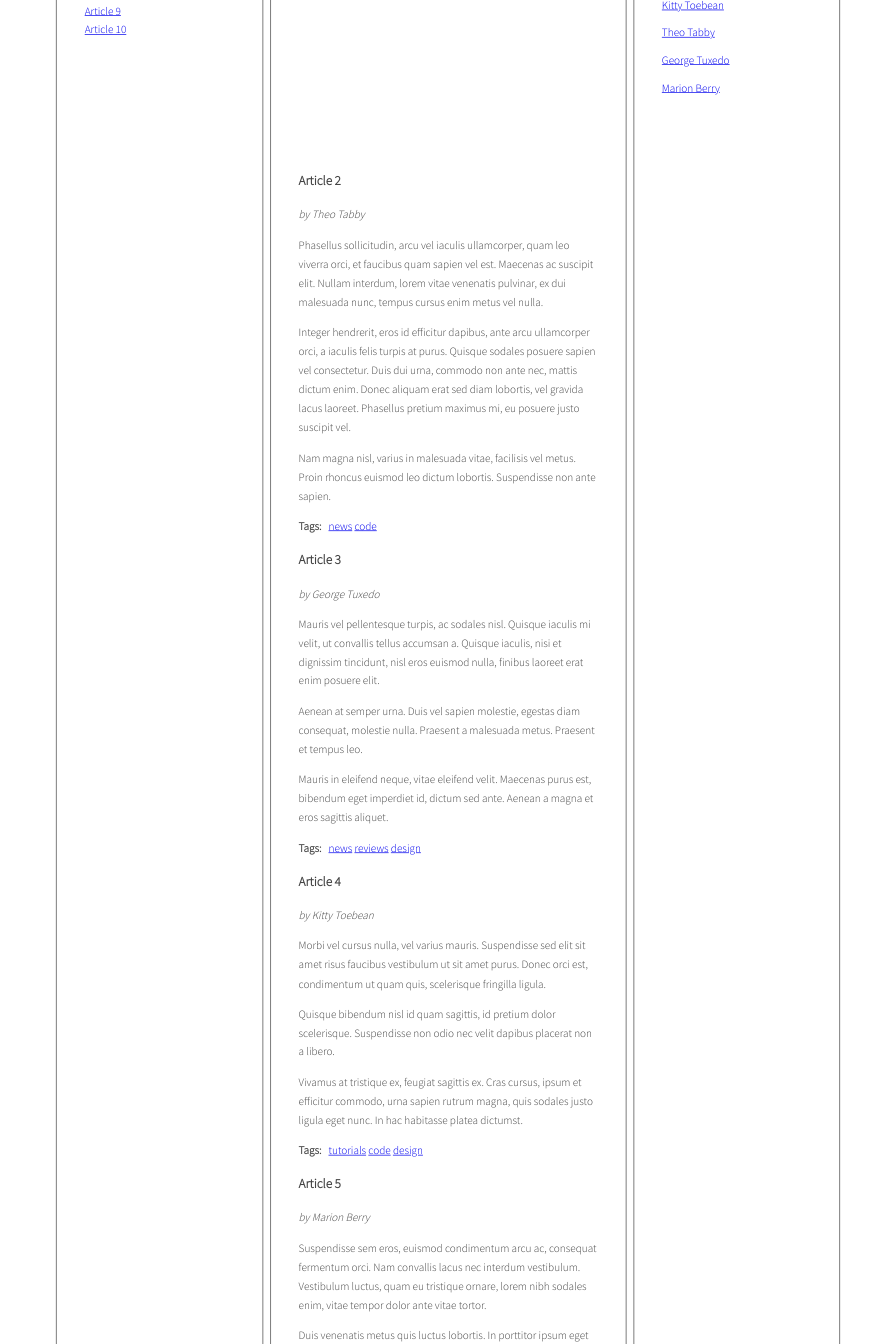
Repository: ulasup/javascript-blog
Page: index.html
These files come from the project's save history. The page is drawn as it stood at one moment and after the next save; the edit follows.
The browser window is 1280 px wide. The pictures show the part of the page from y = 574 to 2494 px (the page is 5282 px tall before and 1203 px after), at 70% of full size.
The style sheet was rebuilt from its Sass, Less or Tailwind sources for each picture, by a compiler version that may differ from the author's.

Above is the page before, as saved 2020-12-13 16:07:37.

### index.html
<!DOCTYPE html>
<html  lang="en">
    <head>
        <meta charset="UTF-8">
        <title>Film blog</title>
        <link rel="stylesheet" href="css/style.css">
    </head>
    <body>
        <div class="blog">
            <div class="container">
              <h1 class="logo">my blog</h1>
              <main class="wrapper">
                <aside class="sidebar">
                  <h2 class="section-title">All posts</h2>
                  <ul class="list titles">

                  </ul>
                </aside>
                <section class="posts">
                  <article class="post active" id="article-1">
                    <h3 class="post-title">Article 1</h3>
                    <p class="post-author">by Marion Berry</p>
                    <div class="post-content">
                      <p>Duis non dolor efficitur erat interdum fringilla a lobortis dolor. Aenean in massa viverra, pretium augue et, imperdiet diam. Proin varius vitae lectus ut suscipit. Etiam metus lacus, molestie at ante eget, gravida tristique metus. Morbi finibus elit mi, ut aliquam libero tempor eu.</p>
                      <p>Curabitur a arcu ut nunc ornare tempor. Vestibulum et augue purus. Sed mattis auctor iaculis. Duis placerat tempus nisl, et commodo sem varius sed. Ut ac ultrices leo. Aliquam efficitur augue a scelerisque lacinia. Donec sit amet justo lacus.</p>
                      <p>Duis tincidunt tellus non lorem molestie lobortis. Ut nec mauris consectetur, convallis nisl vel, venenatis magna. Sed efficitur egestas purus, eu fermentum leo sodales in.</p>
                    </div>
                    <div class="post-tags">
                      <p><strong>Tags:</strong></p>
                      <ul class="list list-horizontal">
                        <li><a href="#">design</a></li>
                        <li><a href="#">tutorials</a></li>
                      </ul>
                    </div>
                  </article>
                  <article class="post" id="article-2">
                    <h3 class="post-title">Article 2</h3>
                    <p class="post-author">by Theo Tabby</p>
                    <div class="post-content">
                      <p>Phasellus sollicitudin, arcu vel iaculis ullamcorper, quam leo viverra orci, et faucibus quam sapien vel est. Maecenas ac suscipit elit. Nullam interdum, lorem vitae venenatis pulvinar, ex dui malesuada nunc, tempus cursus enim metus vel nulla.</p>
                      <p>Integer hendrerit, eros id efficitur dapibus, ante arcu ullamcorper orci, a iaculis felis turpis at purus. Quisque sodales posuere sapien vel consectetur. Duis dui urna, commodo non ante nec, mattis dictum enim. Donec aliquam erat sed diam lobortis, vel gravida lacus laoreet. Phasellus pretium maximus mi, eu posuere justo suscipit vel.</p>
                      <p>Nam magna nisl, varius in malesuada vitae, facilisis vel metus. Proin rhoncus euismod leo dictum lobortis. Suspendisse non ante sapien.</p>
                    </div>
                    <div class="post-tags">
                      <p><strong>Tags:</strong></p>
                      <ul class="list list-horizontal">
                        <li><a href="#">news</a></li>
                        <li><a href="#">code</a></li>
                      </ul>
                    </div>
                  </article>
                  <article class="post" id="article-3">
                    <h3 class="post-title">Article 3</h3>
                    <p class="post-author">by George Tuxedo</p>
                    <div class="post-content">
                      <p>Mauris vel pellentesque turpis, ac sodales nisl. Quisque iaculis mi velit, ut convallis tellus accumsan a. Quisque iaculis, nisi et dignissim tincidunt, nisl eros euismod nulla, finibus laoreet erat enim posuere elit.</p>
                      <p>Aenean at semper urna. Duis vel sapien molestie, egestas diam consequat, molestie nulla. Praesent a malesuada metus. Praesent et tempus leo.</p>
                      <p>Mauris in eleifend neque, vitae eleifend velit. Maecenas purus est, bibendum eget imperdiet id, dictum sed ante. Aenean a magna et eros sagittis aliquet.</p>
                    </div>
                    <div class="post-tags">
                      <p><strong>Tags:</strong></p>
                      <ul class="list list-horizontal">
                        <li><a href="#">news</a></li>
                        <li><a href="#">reviews</a></li>
                        <li><a href="#">design</a></li>
                      </ul>
                    </div>
                  </article>
                  <article class="post" id="article-4">
                    <h3 class="post-title">Article 4</h3>
                    <p class="post-author">by Kitty Toebean</p>
                    <div class="post-content">
                      <p>Morbi vel cursus nulla, vel varius mauris. Suspendisse sed elit sit amet risus faucibus vestibulum ut sit amet purus. Donec orci est, condimentum ut quam quis, scelerisque fringilla ligula.</p>
                      <p>Quisque bibendum nisl id quam sagittis, id pretium dolor scelerisque. Suspendisse non odio nec velit dapibus placerat non a libero.</p>
                      <p>Vivamus at tristique ex, feugiat sagittis ex. Cras cursus, ipsum et efficitur commodo, urna sapien rutrum magna, quis sodales justo ligula eget nunc. In hac habitasse platea dictumst.</p>
                    </div>
                    <div class="post-tags">
                      <p><strong>Tags:</strong></p>
                      <ul class="list list-horizontal">
                        <li><a href="#">tutorials</a></li>
                        <li><a href="#">code</a></li>
                        <li><a href="#">design</a></li>
                      </ul>
                    </div>
                  </article>
                  <article class="post" id="article-5">
                    <h3 class="post-title">Article 5</h3>
                    <p class="post-author">by Marion Berry</p>
                    <div class="post-content">
                      <p>Suspendisse sem eros, euismod condimentum arcu ac, consequat fermentum orci. Nam convallis lacus nec interdum vestibulum. Vestibulum luctus, quam eu tristique ornare, lorem nibh sodales enim, vitae tempor dolor ante vitae tortor.</p>
                      <p>Duis venenatis metus quis luctus lobortis. In porttitor ipsum eget ligula aliquam ornare. Cras malesuada urna id volutpat sodales.</p>
                      <p>Donec lobortis ultricies turpis, eu viverra magna gravida quis. Fusce sit amet pretium nulla. Duis rutrum metus vel libero sodales, pellentesque varius ex pulvinar.</p>
                    </div>
                    <div class="post-tags">
                      <p><strong>Tags:</strong></p>
                      <ul class="list list-horizontal">
                        <li><a href="#">design</a></li>
                        <li><a href="#">reviews</a></li>
                      </ul>
                    </div>
                  </article>
                  <article class="post" id="article-6">
                    <h3 class="post-title">Article 6</h3>
                    <p class="post-author">by George Tuxedo</p>
                    <div class="post-content">
                      <p>Donec posuere iaculis ante sed hendrerit. Lorem ipsum dolor sit amet, consectetur adipiscing elit. Quisque hendrerit neque nec urna tincidunt, quis vehicula dui vulputate. Morbi est sapien, auctor ut lectus eu, placerat viverra lorem.</p>
                      <p>Cras consectetur at erat id accumsan. Suspendisse lacinia in nulla quis vulputate. Nunc vitae consectetur augue. Nam ut vehicula mi. Aliquam tristique, purus in hendrerit porta, elit lectus finibus mi, vel malesuada nisl lectus a libero.</p>
                      <p>Nam quis efficitur ante. Sed eget purus quis ex commodo porta eu sit amet dolor. Mauris tellus nisl, dictum nec est vitae, condimentum ornare ante. Fusce ornare hendrerit maximus. In maximus rhoncus justo.</p>
                    </div>
                    <div class="post-tags">
                      <p><strong>Tags:</strong></p>
                      <ul class="list list-horizontal">
                        <li><a href="#">reviews</a></li>
                        <li><a href="#">code</a></li>
                      </ul>
                    </div>
                  </article>
                  <article class="post" id="article-7">
                    <h3 class="post-title">Article 7</h3>
                    <p class="post-author">by Kitty Toebean</p>
                    <div class="post-content">
                      <p>Donec eleifend mauris ac nisl fermentum, ac fermentum turpis dignissim. Aliquam diam nisl, imperdiet a varius eget, lobortis sed nisi. Nullam suscipit ipsum sed magna blandit, sed pellentesque urna malesuada.</p>
                      <p>Duis vestibulum arcu et lectus viverra porta. Praesent tempor lacus eget quam mattis, sit amet venenatis diam ultrices. Morbi gravida sapien quis ligula tincidunt, vel sagittis erat ultrices.</p>
                      <p>Ut orci tellus, laoreet ac diam ut, tempus bibendum nisi. Nam egestas sagittis nibh. Curabitur tristique dui quis egestas pretium. Duis eu felis orci.</p>
                    </div>
                    <div class="post-tags">
                      <p><strong>Tags:</strong></p>
                      <ul class="list list-horizontal">
                        <li><a href="#">code</a></li>
                        <li><a href="#">news</a></li>
                      </ul>
                    </div>
                  </article>
                  <article class="post" id="article-8">
                    <h3 class="post-title">Article 8</h3>
                    <p class="post-author">by Theo Tabby</p>
                    <div class="post-content">
                      <p>Praesent quis imperdiet erat. Curabitur tempor sapien a interdum malesuada. Proin libero erat, sagittis a sollicitudin eget, pulvinar nec risus. Cras et suscipit sem.</p>
                      <p>Maecenas consequat diam nec sollicitudin congue. Aenean porttitor porttitor quam, condimentum interdum metus congue sed. Donec at nulla ipsum.</p>
                      <p>Mauris non congue dui. Aenean ac eros vitae massa vulputate aliquet ut ac elit. Morbi iaculis auctor nunc aliquet luctus. Nunc tincidunt sem dui, quis interdum leo pellentesque eget. Fusce id leo varius, imperdiet nunc vitae, tristique mi. Mauris quis interdum justo. Mauris auctor purus eu leo faucibus feugiat. Nulla at odio vitae leo semper blandit.</p>
                    </div>
                    <div class="post-tags">
                      <p><strong>Tags:</strong></p>
                      <ul class="list list-horizontal">
                        <li><a href="#">news</a></li>
                        <li><a href="#">design</a></li>
                        <li><a href="#">tutorials</a></li>
                      </ul>
                    </div>
                  </article>
                  <article class="post" id="article-9">
                    <h3 class="post-title">Article 9</h3>
                    <p class="post-author">by Marion Berry</p>
                    <div class="post-content">
                      <p>Tam et facilisis purus. Donec vulputate est quis lobortis posuere. Nunc vitae lorem ut odio faucibus pulvinar nec in justo. Ut ut ante ac tellus ornare tempus. Nunc maximus, tortor et dictum convallis, nunc libero posuere leo, scelerisque ultrices arcu sapien ut tellus.</p>
                      <p>Fusce lacinia augue massa, non tincidunt tortor auctor quis. Vestibulum ut pretium nisl. Etiam id tellus tempus, commodo ligula vehicula, porta magna.</p>
                      <p>Donec fringilla blandit dolor vel aliquet. Fusce tortor sapien, lobortis eu vehicula sit amet, dignissim et lectus. In ullamcorper metus vel massa fermentum, at fermentum dui sollicitudin. Nullam lacinia elit vel tortor ullamcorper pulvinar.</p>
                    </div>
                    <div class="post-tags">
                      <p><strong>Tags:</strong></p>
                      <ul class="list list-horizontal">
                        <li><a href="#">news</a></li>
                        <li><a href="#">tutorials</a></li>
                      </ul>
                    </div>
                  </article>
                  <article class="post" id="article-10">
                    <h3 class="post-title">Article 10</h3>
                    <p class="post-author">by George Tuxedo</p>
                    <div class="post-content">
                      <p>Aliquam erat volutpat. Ut non eleifend lectus. Donec suscipit tellus tempor, ornare dui id, hendrerit neque. Phasellus lacinia laoreet dui in luctus. Sed hendrerit, magna sit amet varius tempor, augue augue scelerisque est, non scelerisque mauris libero eu sapien.</p>
                      <p>Sed at sapien in quam sollicitudin aliquam. In interdum metus a mi porttitor luctus. Sed commodo, arcu id lacinia posuere, felis elit pharetra urna, at feugiat est orci sit amet libero. Quisque in nisl est. Nullam vehicula at lectus non luctus. Cras aliquam neque magna, at varius nisi egestas ut.</p>
                      <p>Rhoncus purus nulla, non auctor lacus placerat ut. Aliquam condimentum eget magna ac gravida. Etiam egestas faucibus urna et finibus. Cras vel tellus vel magna suscipit euismod. Maecenas id arcu ante. Duis iaculis scelerisque erat, at ullamcorper arcu consectetur eu. Fusce aliquam diam at arcu pharetra, vel fermentum nunc lobortis.</p>
                    </div>
                    <div class="post-tags">
                      <p><strong>Tags:</strong></p>
                      <ul class="list list-horizontal">
                        <li><a href="#">code</a></li>
                        <li><a href="#">design</a></li>
                        <li><a href="#">news</a></li>
                        <li><a href="#">reviews</a></li>
                      </ul>
                    </div>
                  </article>
                </section>
                <aside class="sidebar">
                  <h2 class="section-title">Tags</h2>
                  <ul class="list tags">
                    <li><a href="#">design</a> <span>(6)</span></li>
                    <li><a href="#">code</a> <span>(5)</span></li>
                    <li><a href="#">tutorials</a> <span>(4)</span></li>
                    <li><a href="#">reviews</a> <span>(4)</span></li>
                    <li><a href="#">news</a> <span>(6)</span></li>
                  </ul>
                  <h2 class="section-title">Authors</h2>
                  <ul class="list authors">
                    <li>
                      <a href="#">
                        <span class="author-name">Kitty Toebean</span>
                      </a>
                    </li>
                    <li>
                      <a href="#">
                        <span class="author-name">Theo Tabby</span>
                      </a>
                    </li>
                    <li>
                      <a href="#">
                        <span class="author-name">George Tuxedo</span>
                      </a>
                    </li>
                    <li>
                      <a href="#">
                        <span class="author-name">Marion Berry</span>
                      </a>
                    </li>
                  </ul>
                </aside>
              </main>
            </div>
          </div>
    <script src="js/script.js"></script>
    </body>
</html>

### js/script.js
'use strict';

function titleClickHandler(event){
  event.preventDefault();
  console.log('Link was clicked!');
  console.log(event);

  /* [DONE] remove class 'active' from all article links  */
  const activeLinks = document.querySelectorAll('.titles a.active');

  for(let activeLink of activeLinks){
    activeLink.classList.remove('active');
  }

  /* [DONE] add class 'active' to the clicked link */
  const clickedElement = this;
  clickedElement.classList.add('active');
  console.log('clickedElement:', clickedElement);

  /* [DONE] remove class 'active' from all articles */
  const activeArticles = document.querySelectorAll('.post.active');

  for(let activeArticle of activeArticles){
    activeArticle.classList.remove('active');
  }

  /* [DONE] get 'href' attribute from the clicked link */
  const atribute = clickedElement.getAttribute('href');
  console.log(atribute);

  /* [DONE] find the correct article using the selector (value of 'href' attribute) */
  const clickedArticles = document.querySelectorAll(atribute);
  console.log(clickedArticles);

  /* [DONE] add class 'active' to the correct article */
  for(let clickedArticle of clickedArticles){
    clickedArticle.classList.add('active');
  }
}

const optArticleSelector = '.post', optTitleSelector = '.post-title', optTitleListSelector = '.titles';

function generateTitleLinks(){

  /* [DONE] remove contents of titleList */
  const titleList = document.querySelector(optTitleListSelector);
  console.log(titleList);
  titleList.innerHTML = '';

  /* for each article */
  const articles = document.querySelectorAll(optArticleSelector);

  let html = '';

  for (let article of articles){

    /* [DONE] get the article id */
    const articleId = article.getAttribute('id');

    /* [DONE] find the title element */
    /* [DONE] get the title from the title element */
    const articleTitle = article.querySelector(optTitleSelector).innerHTML;

    /* [DONE] create HTML of the link */
    const linkHTML = '<li><a href="#' + articleId + '"><span>' + articleTitle + '</span></a></li>';
    console.log(linkHTML);

    /* [DONE] insert link into titleList */
    html = html + linkHTML;
    console.log(html);
  }

  titleList.innerHTML = html;

  const links = document.querySelectorAll('.titles a');
  console.log(links);

  for(let link of links){link.addEventListener('click', titleClickHandler);}
}

generateTitleLinks();

### sass/style.scss
@import url('https://fonts.googleapis.com/css?family=Oswald:400,600|Sacramento|Source+Sans+Pro:300&subset=latin-ext');

/* Variables */

$color-light: #fff;
$color-dark: #444;

$font-logo: 'Sacramento', cursive;
$font-header: 'Oswald', sans-serif;
$font-text: 'Source Sans Pro', sans-serif;

/* Global */

*, *::before, *::after {
  box-sizing: border-box;
}

body {
  background: $color-light;
  font-family: $font-text;
  color: $color-dark;
  font-weight: 300;
  font-size: 16px;
  line-height: 1.7;
}

.container {
  max-width: 1140px;
  margin: 0 auto;
}

.section-title {
  font-size: 22px;
  text-transform: uppercase;
  font-family: $font-header;
  font-weight: 600;
  span {
    text-transform: none;
    font-weight: 400;
    color: lighten($color-dark, 20%);
  }
}

/* Layout */

.wrapper {
  display: flex;
  margin-left: 10px;
}

.sidebar {
  flex: 1 0 0;
}

.posts {
  flex: 2 0 0;
}

.sidebar, .posts {
  background: $color-light;
  margin-right: 10px;
  padding: 40px;
  border: 1px solid $color-dark;
  border-radius: 5px;
}

/* Logo */

.logo {
  font-family: $font-logo;
  font-weight: 400;
  font-size: 104px;
  line-height: 1;
  text-align: center;
}

/* Lists */

.list {
  list-style-type: none;
  margin: 0;
  padding: 0;
  .active {
    font-weight: bold;
  }
}

.list-horizontal {
  li {
    display: inline-block;
  }
}

/* Authors */

.authors {
  li {
    margin-bottom: 12px;
  }
}

/* Post */

.post {
  z-index: 1;
  display: block;
  opacity: 1;
  transition: opacity 1s;
  &.active {
    display: block;
    z-index: 2;
    opacity: 0;
    transition: opacity 1s;
  }
}

.post-author {
  font-style: italic;
}

.post-tags {
  display: flex;
  p {
    margin: 0 10px 0 0;
  }
}

After the next save:
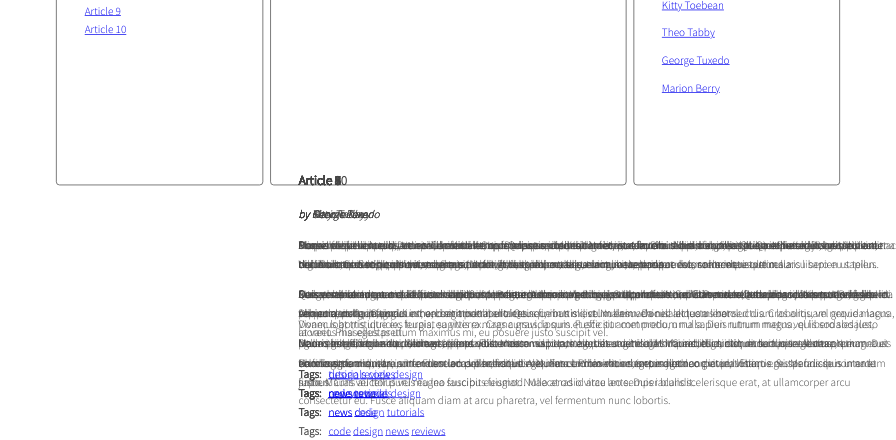
Saved 15 s later.
--- a/sass/style.scss
+++ b/sass/style.scss
@@ -104,10 +104,12 @@ body {
 .post {
   z-index: 1;
   display: block;
+  position: absolute;
   opacity: 1;
   transition: opacity 1s;
   &.active {
     display: block;
+    position: relative;
     z-index: 2;
     opacity: 0;
     transition: opacity 1s;
